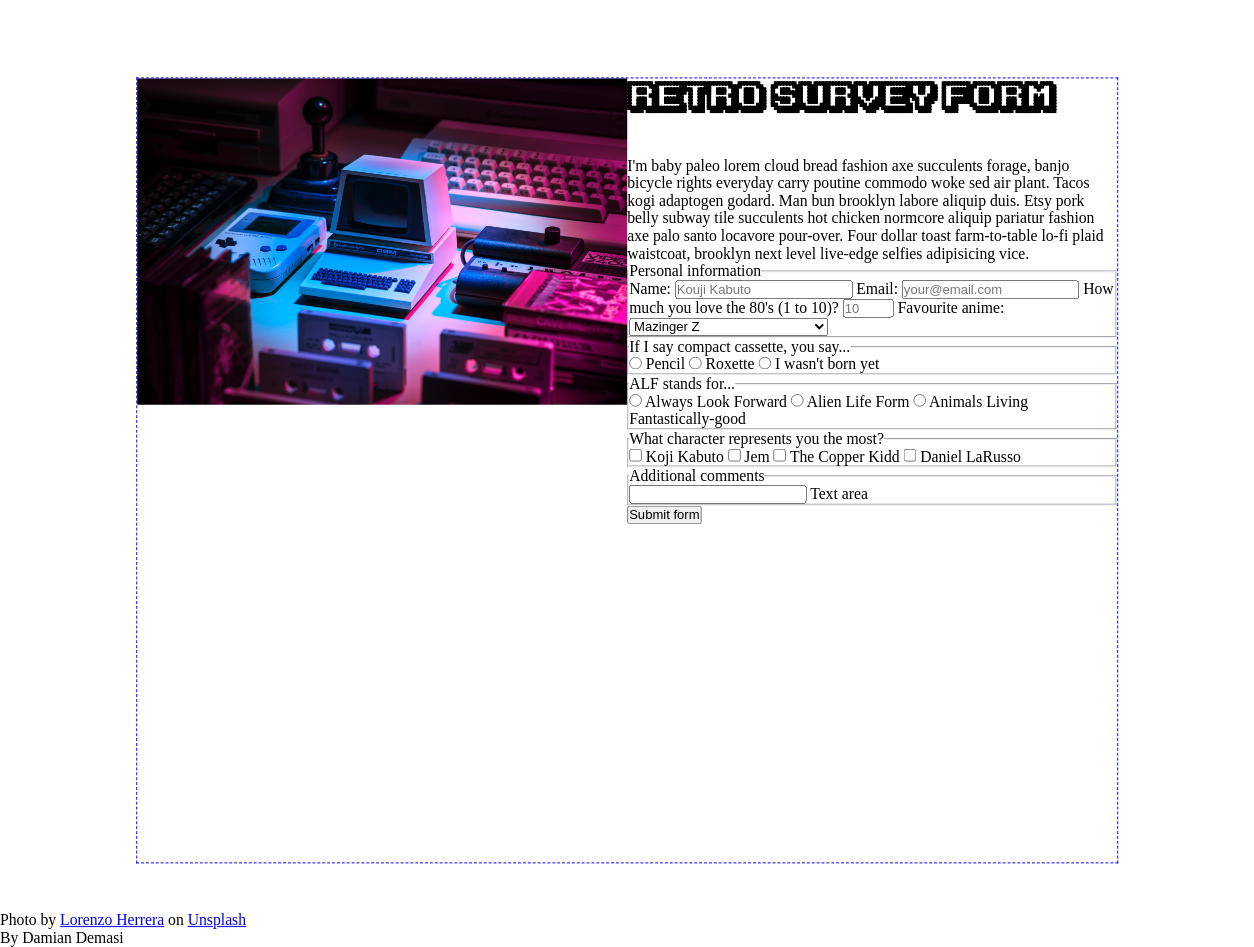
Repository: Colo-Codes/freecodecamp-02-Build-a-Survey-Form
Page: index.html
An editor plug-in stored every save of this project. The page is shown before and after the next save, followed by the edit.
The browser window is 1280 px wide. The pictures show the whole page, at 98% of full size.

Above is the page before, as saved 2021-05-18 13:22:14.

### index.html
<!DOCTYPE html>
<html lang="en">

<head>
    <meta charset="UTF-8">
    <meta http-equiv="X-UA-Compatible" content="IE=edge">
    <meta name="viewport" content="width=device-width, initial-scale=1.0">
    <link rel="stylesheet" href="./resources/css/index.css" type="text/css">
    <title>Retro Survey Form</title>
</head>

<body>
    <main id="grid-container">
        <header>
            <h1 id="title">Retro Survey Form</h1>
        </header>
        <section>
            <p id="description">I'm baby paleo lorem cloud bread fashion axe succulents forage, banjo bicycle rights
                everyday carry poutine commodo woke sed air plant. Tacos kogi adaptogen godard. Man bun brooklyn labore
                aliquip duis. Etsy pork belly subway tile succulents hot chicken normcore aliquip pariatur fashion axe
                palo santo locavore pour-over. Four dollar toast farm-to-table lo-fi plaid waistcoat, brooklyn next
                level live-edge selfies adipisicing vice.</p>
            <form action="#" id="survey-form" method="POST">
                <fieldset>
                    <legend>Personal information</legend>
                    <label for="name" id="name-label">
                        Name: <input type="text" id="name" placeholder="Kouji Kabuto" required>
                    </label>
                    <label for="email" id="email-label">
                        Email: <input type="email" id="email" placeholder="your@email.com" required> <!-- validate -->
                    </label>
                    <label for="number" id="number-label">
                        How much you love the 80's (1 to 10)? <input type="number" id="number" placeholder="10" min="1"
                            max="10" required>
                    </label>
                    <label for=""> Favourite anime:
                        <select name="" id="dropdown">
                            <option value="mazinger-z">Mazinger Z</option>
                            <option value="macross-robotech">Macross (Robotech)</option>
                            <option value="crusher-joe">Crusher Joe</option>
                            <option value="momo">Magical Princess Minky Momo</option>
                            <option value="gundam">Mobile Suit Zeta Gundam</option>
                            <option value="dragon-ball">Dragon Ball</option>
                            <option value="galactic-heroes">Legend of the Galactic Heroes</option>
                        </select>
                    </label>
                </fieldset>

                <fieldset>
                    <legend>If I say compact cassette, you say...</legend>
                    <label for="pencil">
                        <input type="radio" name="cassette-match" value="pencil" id="pencil"> Pencil
                    </label>
                    <label for="roxette">
                        <input type="radio" name="cassette-match" value="roxette" id="roxette"> Roxette
                    </label>
                    <label for="not-born">
                        <input type="radio" name="cassette-match" value="not-born" id="not-born"> I wasn't born yet
                    </label>
                </fieldset>
                <fieldset>
                    <legend>ALF stands for...</legend>
                    <label for="always">
                        <input type="radio" name="alf" value="always" id="always"> Always Look Forward
                    </label>
                    <label for="alien">
                        <input type="radio" name="alf" value="alien" id="alien"> Alien Life Form
                    </label>
                    <label for="animals">
                        <input type="radio" name="alf" value="animals" id="animals"> Animals Living Fantastically-good
                    </label>
                </fieldset>
                <fieldset>
                    <legend>What character represents you the most?</legend>
                    <label for="koji">
                        <input type="checkbox" name="character" value="koji" id="koji"> Koji Kabuto
                    </label>
                    <label for="jem">
                        <input type="checkbox" name="character" value="jem" id="jem"> Jem
                    </label>
                    <label for="copper">
                        <input type="checkbox" name="character" value="copper" id="copper"> The Copper Kidd
                    </label>
                    <label for="larusso">
                        <input type="checkbox" name="character" value="larusso" id="larusso"> Daniel LaRusso
                    </label>
                </fieldset>
                <fieldset>
                    <legend>Additional comments</legend>
                    <label for="">
                        <input type="textarea"> Text area
                    </label>
                </fieldset>
                <input type="submit" value="Submit form">
            </form>
        </section>
        <div id="main-image" role="img" aria-label="Retro computers and devices from the 80's under a blue and violet light"></div>
    </main>
    <footer>
        <p>Photo by <a href="https://unsplash.com/@lorenzoherrera?utm_source=unsplash&utm_medium=referral&utm_content=creditCopyText">Lorenzo Herrera</a> on <a href="https://unsplash.com/?utm_source=unsplash&utm_medium=referral&utm_content=creditCopyText">Unsplash</a></p>
        <p>By Damian Demasi</p>

    </footer>
</body>

</html>

### resources/css/index.css
@font-face {
    font-family: 'Karmatic Arcade';
    src: url("../fonts/ka1.ttf");
    font-weight: normal;
    font-style: normal;
}
/* Initial reset */
html {
    box-sizing: border-box;
    font-size: 16px;
}
*, *:before, *:after {
    box-sizing: inherit;
    margin: 0;
    padding: 0;
}
/* Grid container */
#grid-container {
    outline: 1px dashed blue; /* Debugging purposes */
    width: 1000px; /* TODO media query */
    display: grid;
    flex-direction: row;
    margin: 5rem auto 50px auto;
    grid-template: 10% 90% / 50% 50%;
}
#main-image {
    order: -1;
    background-image: url(../img/lorenzo-herrera-p0j-mE6mGo4-unsplash.jpg);
    background-repeat: no-repeat;
    background-size: 100%;
    width: 100%;
    height: 800px;
    grid-area: 1 / 1 / 3 / 2;
}
/* Form */
h1 {
    font-family: "Karmatic Arcade", sans-serif;
}

After the next save:
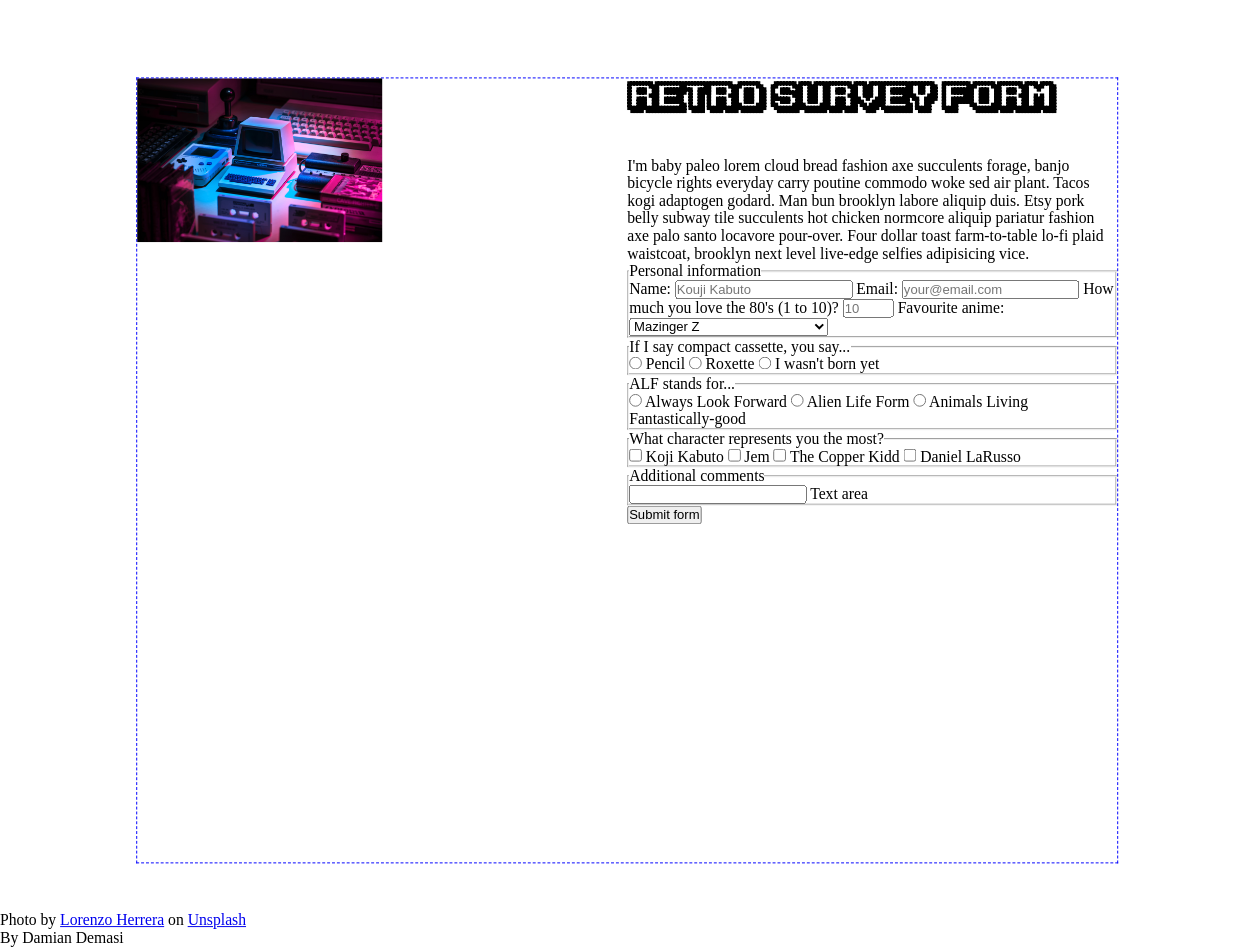
Saved 61 s later.
--- a/resources/css/index.css
+++ b/resources/css/index.css
@@ -28,9 +28,9 @@ html {
     background-image: url(../img/lorenzo-herrera-p0j-mE6mGo4-unsplash.jpg);
     background-repeat: no-repeat;
     background-size: 100%;
-    width: 100%;
+    width: 50%;
     height: 800px;
-    grid-area: 1 / 1 / 3 / 2;
+    grid-area: 1 / 1 / 3 / 2; /* the whole left column */
 }
 /* Form */
 h1 {
